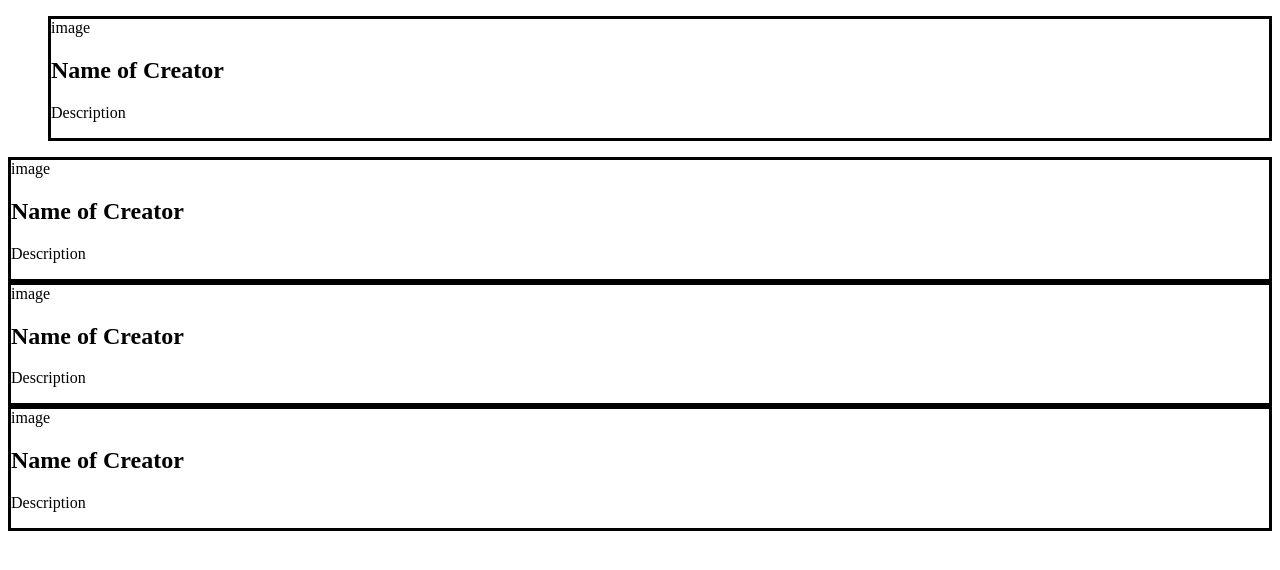
Repository: k8ANStar/Questify
Page: /About
These files come from the project's save history. The page is drawn as it stood at one moment and after a run of saves; the edit follows.
The browser window is 1280 px wide. The pictures show the whole page.
The project was rebuilt for these pictures with package versions that can differ from the ones it lists, and the page was loaded fresh each time. The framework's server and built-in components were replaced by stand-ins that run in the browser. Also part of the build but not shown: next.config.mjs.

Above is the page before, as saved 2024-03-24 21:37:00.

After the next 3 saves:
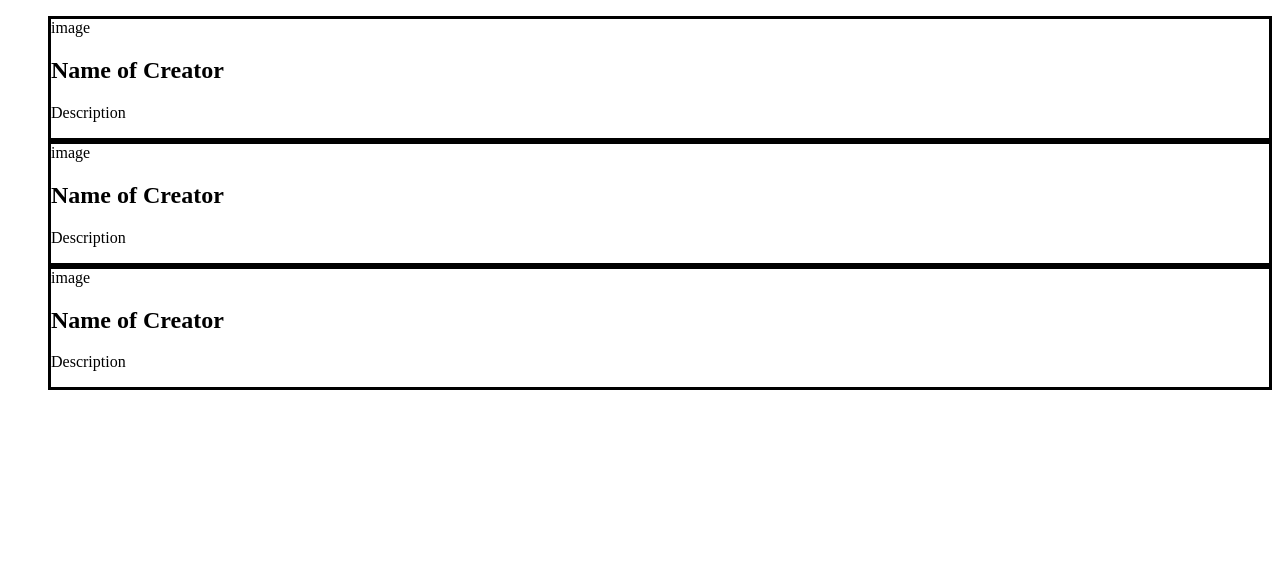
The 3 saves are shown as one change because they came seconds apart.
The last was saved 10 s later.
--- a/pages/About.js
+++ b/pages/About.js
@@ -6,10 +6,13 @@ export default function About() {
 				<lil>
 					<Card />
 				</lil>
+				<lil>
+					<Card />
+				</lil>
+				<lil>
+					<Card />
+				</lil>
 			</ul>
-			<Card />
-			<Card />
-			<Card />
 		</div>
 	);
 }
